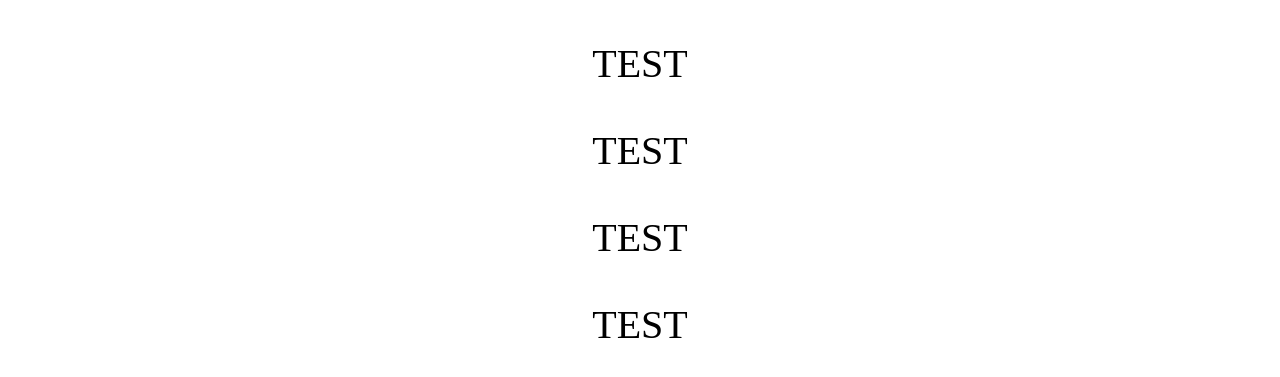
Repository: dreadlocker/testingOnPhones
Page: index.html
These files come from the project's save history. The page is drawn as it stood at one moment and after a run of saves; the edit follows.
The browser window is 1280 px wide. The pictures show the whole page.

Above is the page before, as saved 2018-06-04 12:57:07.

After the next 2 saves:
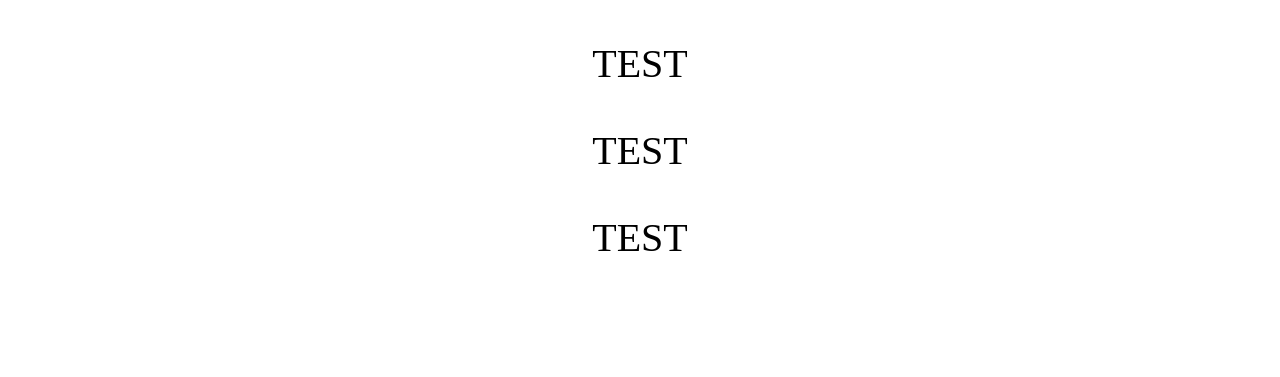
The 2 saves are shown as one change because they came seconds apart.
The last was saved 78 min 35 s later.
--- a/index.html
+++ b/index.html
@@ -31,11 +31,10 @@
     <p style="text-align: center; font-size: 40px;">TEST</p>
     <p style="text-align: center; font-size: 40px;">TEST</p>
     <p style="text-align: center; font-size: 40px;">TEST</p>
-    <p style="text-align: center; font-size: 40px;">TEST</p>
 
     <script>
         document.addEventListener('gesturestart', function (event) {
-            alert("Don't use zoom please!");
+            // alert("Don't use zoom please!");
             if (event.scale !== 1) {
                 event.preventDefault();
             }
